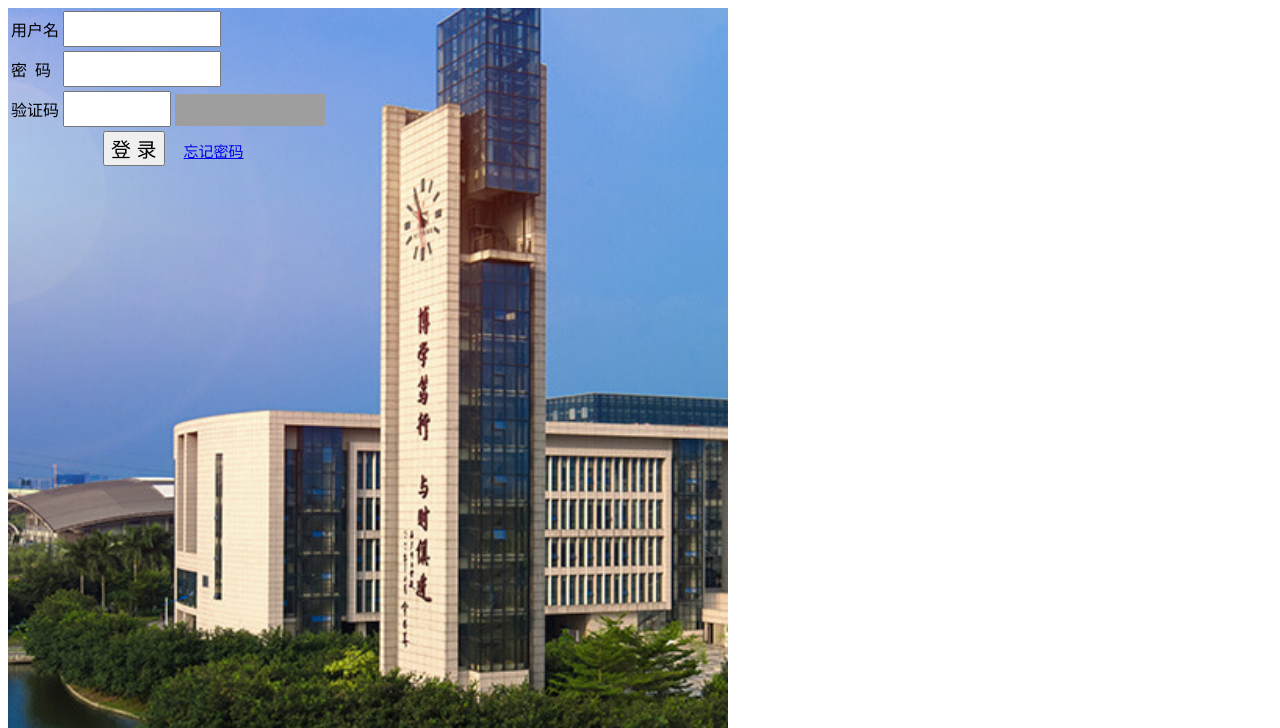
Repository: IAmJiangWenHao/ReportServer
Page: demo.html
These files come from the project's save history. The page is drawn as it stood at one moment and after the next save; the edit follows.
The browser window is 1280 px wide. The pictures show the whole page.
Pictures or frames that could not be fetched are drawn as grey boxes.

Above is the page before, as saved 2023-05-16 11:57:01.

After the next save:
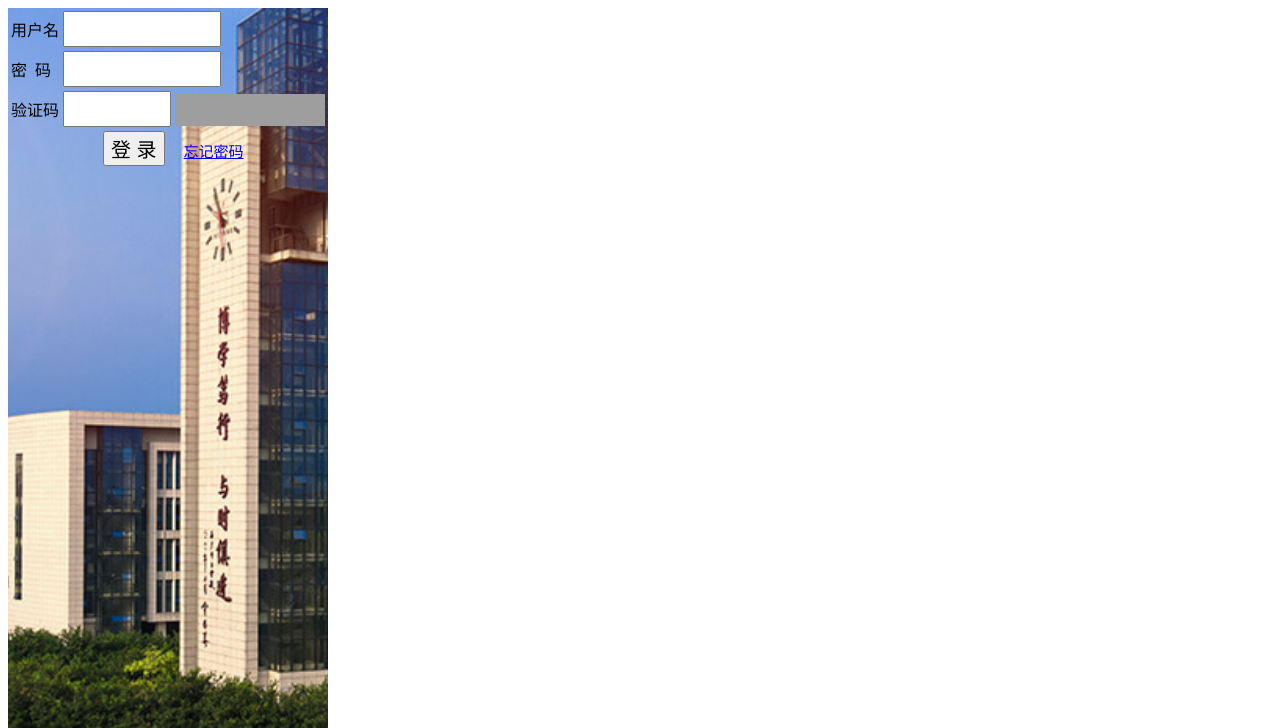
Saved 30 s later.
--- a/demo.html
+++ b/demo.html
@@ -7,7 +7,6 @@
   <body>
     <style>
       dfv{
-        width: 100vh;
         height:100vh;
         position: absolute;
         background-image: url('./web/img/gzdx-bg.jpg');
